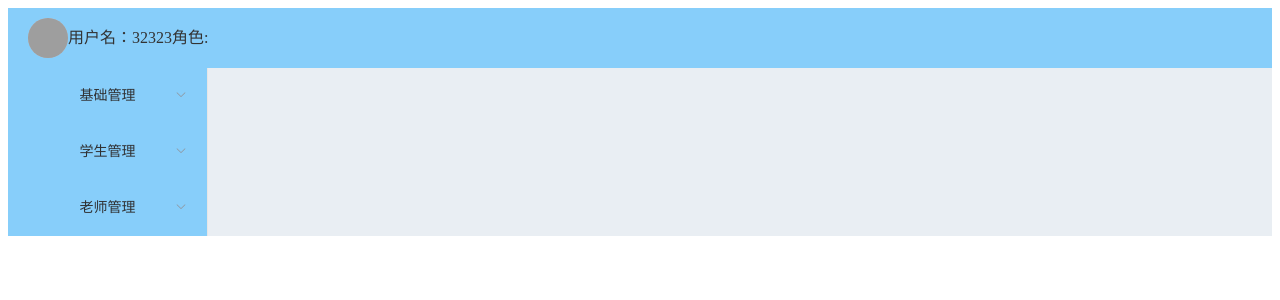
Repository: lwm9704/school-front
Page: /#/home
The author's editor kept a copy of each file at every save. The page is drawn from the files as they stood at one save, then again after the next save.
The browser window is 1280 px wide. The pictures show the whole page.
Pictures or frames that could not be fetched are drawn as grey boxes. The project was rebuilt for these pictures with package versions that can differ from the ones it lists, and the page was loaded fresh each time. Also part of the build but not shown: src/view/login.vue.

Above is the page before, as saved 2021-11-15 15:52:44.

### src/main.js
// The Vue build version to load with the `import` command
// (runtime-only or standalone) has been set in webpack.base.conf with an alias.
import Vue from 'vue'
import App from './App'
import router from './router'
import ElementUI from 'element-ui'
import 'element-ui/lib/theme-chalk/index.css'
import Vuex from 'vuex'

Vue.config.productionTip = false
Vue.use(ElementUI)
Vue.use(Vuex)

/* eslint-disable no-new */
new Vue({
  el: '#app',
  router,
  components: { App },
  template: '<App/>'
})

### src/router/index.js

import Vue from 'vue'
import Router from 'vue-router'
import Login from '@/view/login'
import Home from '../view/home'


Vue.use(Router)

export default new Router({
  routes: [
    {
      path: '/',
      redirect: '/login',
    },
    {
      path: '/login',
      name: 'login',
      component: Login
    },
    {
      path: '/home',
      name: 'home',
      component: Home,
      children: [
        {
          path: '/user',
          name: 'user',
          component: () => import('@/view/user')
        },
        {
          path: '/code',
          name: 'code',
          component: () => import('@/view/code')
        },
        {
          path: '/course',
          name: 'course',
          component: () => import('@/view/course')
        },
        {
          path: '/grade',
          name: 'grade',
          component: () => import('@/view/grade')
        },
        {
          path: '/lecture',
          name: 'lecture',
          component: () => import('@/view/lecture')
        },
        {
          path: '/member',
          name: 'member',
          component: () => import('@/view/member')
        },
        {
          path: '/score',
          name: 'score',
          component: () => import('@/view/score')
        },
        {
          path: '/teaching',
          name: 'teaching',
          component: () => import('@/view/teaching')
        }
      ]
    },

  ]
})

### src/view/home.vue
<template>
  <el-container>
    <el-header>
      <div class="header">
        <myHeader></myHeader>
      </div>
    </el-header>
    <el-container>
      <el-aside width="200px" class="Aside">
        <leftMenu></leftMenu>
      </el-aside>
      <el-container>
        <el-main>
          <router-view></router-view>
        </el-main>
      </el-container>
    </el-container>
  </el-container>
</template>
<script>
import req from "../js/home";
import leftMenu from "../components/leftMenu";
import myHeader from "../components/myHeader";
export default {
  components: {
    leftMenu,
    myHeader,
  },

  methods: {
    // handlerSelect(key, path) {
    //   console.log(key, path);
    //   // console.log(this.$route.path)
    //   if (path !== this.$route.path) {
    //     this.$router.replace({ path: path});
    //     // this.$router.push({path: key, query: {}})
    //   }
    //   // this.$router.push({name: key, params: {}})
    //   console.log(key);
    //   console.log(path);
    // },
    //侧边栏的方法
    handleOpen(key, keyPath) {
      console.log(key, keyPath);
    },
    handleClose(key, keyPath) {
      console.log(key, keyPath);
    },
  },
  mounted() {},
};
</script>
<style lang="scss" scoped>
.el-header,
.el-footer {
  background-color: #87CEFA;
  color: #333;
  text-align: center;
  line-height: 60px;
}

.el-aside {
  background-color: #87CEFA;
  color: #333;
  text-align: center;
  line-height: 200px;
}

.el-main {
  background-color: #e9eef3;
  color: #333;
  text-align: center;
  line-height: 160px;
}

body > .el-container {
  margin-bottom: 40px;
}
</style>

### src/js/home.js
import req from "../fect/rquestConfig";

const config = {
    getUserInfo: {
        url: '/user/selectOfCondition',
        method: 'get'
    },
}
const request = function (funcName, requestParam) {
    return req(config[funcName].url, config[funcName].method, requestParam, {}, config[funcName].fileConfig)
}
export default request

### src/components/leftMenu.vue
<template>
  <div>
    <el-menu
      class="el-menu-vertical-demo"
      :default-active="this.$router.path"
      router
      background-color="#87CEFA"
      @open="handleOpen"
      @close="handleClose"
    >
      <el-submenu
        v-for="(item, index) in menuList"
        :index="index + ''"
        :key="item.labe"
      >
        <template slot="title">{{ item.labe }}</template>
        <div v-if="item.children">
          <el-menu-item
            v-for="items in item.children"
            :index="items.path"
            :key="items.path"
          >
            <template slot="title">
              {{ items.labe }}
            </template>
          </el-menu-item>
        </div>
      </el-submenu>
    </el-menu>
  </div>
</template>

<script>
// import router from 'vue-router'
export default {
  name: "leftMenu",
  props: [],
  data() {
    return {
      menuList: [
        {
          index: "1",
          labe: "基础管理",
          children: [
            {
              index: "1 - 1",
              labe: "编码管理",
              path: "/code",
            },
            {
              index: "1 - 2",
              labe: "用户管理",
              path: "/user",
            },
            {
              index: "1 - 3",
              labe: "班级管理",
              path: "/grade",
            },
            {
              index: "1 - 4",
              labe: "课程管理",
              path: "/course",
            },
          ],
        },
        {
          index: "2",
          labe: "学生管理",
          children: [
            {
              index: "2 - 1",
              labe: "学生家庭成员管理",
              path: "/member",
            },
            {
              index: "2 - 2",
              labe: "考试成绩管理",
              path: "/score",
            },
          ],
        },
        {
          index: "3",
          labe: "老师管理",
          children: [
            {
              index: "3 - 1",
              labe: "教学管理",
              path: "/teaching",
            },
            {
              index: "3 - 2",
              labe: "授课管理",
              path: "/lecture",
            },
          ],
        },
      ],
    };
  },
  methods: {
    // handlerSelect(key, path) {
    // console.log(key,path)
    // if (path !== this.$route.path) {
    //   this.$router.replace({path:'path'});
    //   // this.$router.push({path: key, query: {}})
    // }
    // // this.$router.push({name: key, params: {}})
    // console.log(key);
    // console.log(path);
    // this.$emit('select', key,path);
    // },
    handleOpen(key, keyPath) {
      console.log(key, keyPath);
    },
    handleClose(key, keyPath) {
      console.log(key, keyPath);
    },
  },
};
</script>

<!-- Add "scoped" attribute to limit CSS to this component only -->
<style scoped>
</style>

### src/components/myHeader.vue
<template>
  <div class="myHeader">
    <div class="userInfo">
      <div class="avatar">
        <el-avatar
          src="https://cube.elemecdn.com/0/88/03b0d39583f48206768a7534e55bcpng.png"
        ></el-avatar>
      </div>
      <div class="charInfo">
        <span>用户名：{{userInfo.account}}</span>
        <span>角色:{{userInfo.role}}</span>
      </div>
    </div>
  </div>
</template>
<script>
export default {
  name: "myHeader",
  props: [],
  data() {
    return {
      userInfo: {
        userId: "3232",
        account: "32323",
        role: "",
      },
    };
  },
  methods: {
    getUserInfo() {},
  },
  mounted() {
    this.getUserInfo();
  },
};
</script>
<style lang="scss" scoped>
.myHeader{
  background-color:#87CEFA;
}
.userInfo {
    display: flex;
    flex-direction: row;
    .avatar{
      padding-top: 10px;
    }
}
</style>

### src/fect/rquestConfig.js
import axios from 'axios'
import { throwErr } from './throwErr'

// const urlHead = 'http://305o99f251.wicp.vip'
const urlHead = 'http://localhost:9000'
const qs = require('qs')

/**
 *
 * @param {String} url 请求路径
 * @param {String} method 请求方法
 * @param {Object} params 请求参数
 * @param {Object} requestHeader 请求头
 * @param {Object} fileConfig ---> {type, fileName} 导出配置 ---> 导出类型, 文件名称
 */
const req = function (url, method, params, requestHeader, fileConfig = {}) {
    let instance = axios.create({
        baseURL: urlHead,
        timeout: 60000
    })

    // 添加请求拦截器
    instance.interceptors.request.use(config => {
        return config
    }, error => {
        return Promise.reject(error)
    })

    let requestConfig = {
        url: url,
        method: method,
        //将header、params、token复制到目标
        params: Object.assign({}, params, { access_token: JSON.parse(sessionStorage.getItem('userInfo')).access_token }),
        data: qs.stringify(Object.assign({}, params, { access_token: JSON.parse(sessionStorage.getItem('userInfo')).access_token })),
        headers: {},
        responseType: fileConfig.type === 'file' ? 'blob' : ''
    }

    let getReg = /get|GET/
    let postReg = /post|POST/

    let fileData = {}

    let timer = null

    // 请求类型为导出时，添加vuex状态管理，定时修改vuex对应记录，请求完成或者请求报错时，停止定时器
    if (fileConfig.type === 'file') {
        fileData = {
            fileId: new Date().getTime(),
            fileName: fileConfig.fileName,
            fileLoadTime: 0,
            fileStatus: 'downloading',
            errorInfo: '',
            fileUrl: null
        }

    }

    if (getReg.test(requestConfig.method)) {
        delete requestConfig.data
        requestConfig.headers['Content-Type'] = 'application/json'
    } else if (postReg.test(requestConfig.method)) {
        delete requestConfig.params
        requestConfig.headers['Content-Type'] = 'application/x-www-form-urlencoded'
    }

    // 添加响应拦截器
    instance.interceptors.response.use(response => {
        clearInterval(timer)
        timer = null

        if (response.status === 200) {
            if (fileConfig.type === 'file') {
                fileData.fileStatus = 'success'
                fileData.fileUrl = window.URL.createObjectURL(new Blob([response.data]))
                // store.commit('changeExportFileList', fileData)
            }

            return response.data
        } else {
            if (fileConfig.type === 'file') {
                fileData.fileStatus = 'error'
                // store.commit('changeExportFileList', fileData)
            }

            throw new Error(throwErr(response))
        }
    }, error => {
        clearInterval(timer)
        timer = null

        if (fileConfig.type === 'file') {
            fileData.fileStatus = 'error'
            // store.commit('changeExportFileList', fileData)
        }

        return Promise.reject(error)
    })

    return instance(requestConfig)
}

export default req

### src/fect/throwErr.js
// axios错误信息匹配
export const throwErr = (response) => {
    let message = '请求错误'
    switch (response.status) {
        case 400:
            message = '请求错误'
            break
        case 401:
            message = '未授权，请登录'
            break
        case 403:
            message = '拒绝访问'
            break
        case 404:
            message = `请求地址出错: ${response.config.url}`
            break
        case 408:
            message = '请求超时'
            break
        case 500:
            message = '服务器内部错误'
            break
        case 501:
            message = '服务未实现'
            break
        case 502:
            message = '网关错误'
            break
        case 503:
            message = '服务不可用'
            break
        case 504:
            message = '网关超时'
            break
        case 505:
            message = 'HTTP版本不受支持'
            break
        default:
    }
    return '错误码:' + response.status + ' ' + '错误信息:' + message
}

Loaded but not shown: index.html (common file); src/App.vue (common file)

After the next save:
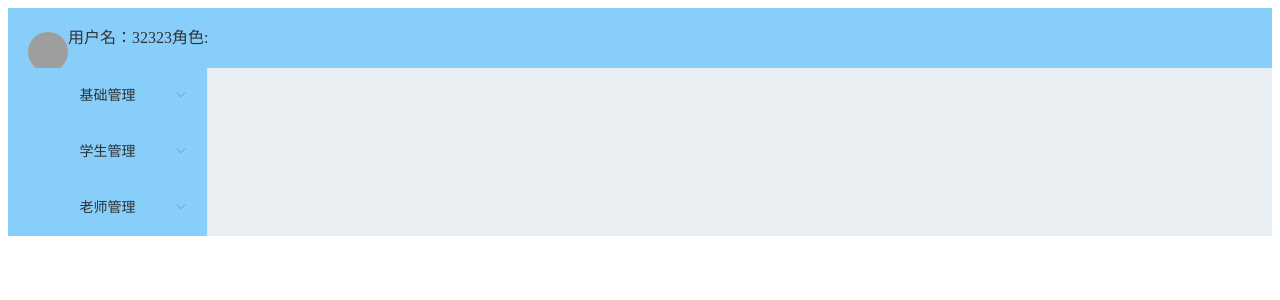
Saved 72 s later.
--- a/src/components/myHeader.vue
+++ b/src/components/myHeader.vue
@@ -42,7 +42,7 @@
     display: flex;
     flex-direction: row;
     .avatar{
-      padding-top: 10px;
+      padding-top: 2%;
     }
 }
 </style>

After the save that followed:
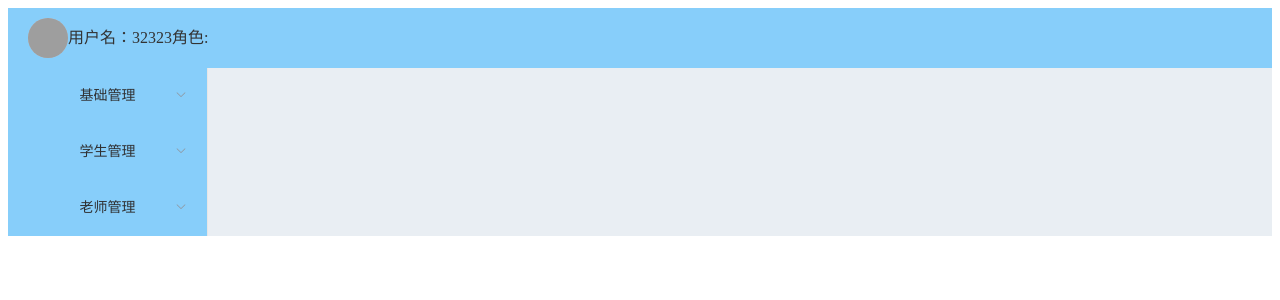
Saved 22 s later.
--- a/src/components/myHeader.vue
+++ b/src/components/myHeader.vue
@@ -42,7 +42,7 @@
     display: flex;
     flex-direction: row;
     .avatar{
-      padding-top: 2%;
+      padding-top: 10px;
     }
 }
 </style>
